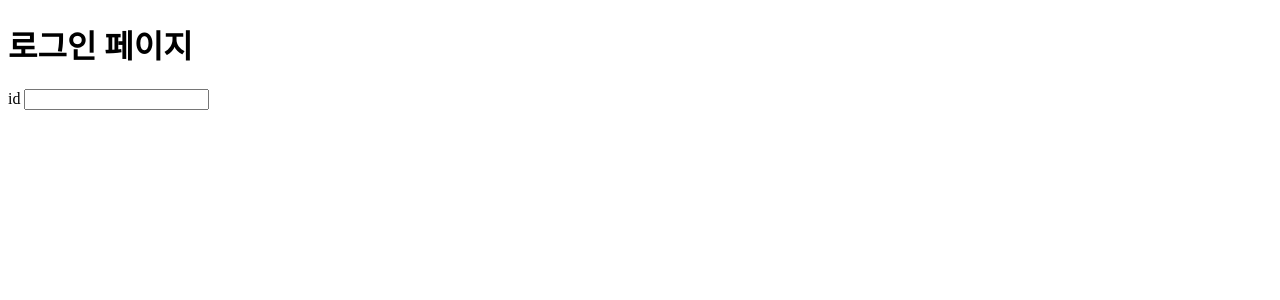
Repository: 2ket/workspace2
Page: http://localhost/web13/login.jsp
An editor plug-in stored every save of this project. The page is shown before and after the next save, followed by the edit.
The browser window is 1280 px wide. The pictures show the whole page.
The page is served by Tomcat 9.

Above is the page before, as saved 2019-06-07 10:16:21.

### web13/WebContent/login.jsp
<%@ page language="java" contentType="text/html; charset=UTF-8"
    pageEncoding="UTF-8"%>
<!DOCTYPE html>
<html>
<head>
<meta http-equiv="Content-Type" content="text/html; charset=UTF-8">
<title>Insert title here</title>
</head>
<body>
	<h1>로그인 페이지</h1>
	<form action="result.jsp">
		<div>
			<label for="id">id</label>
			<input type="text" name="id" id="id"/>
		</div>
	</form>
</body>
</html>

After the next save:
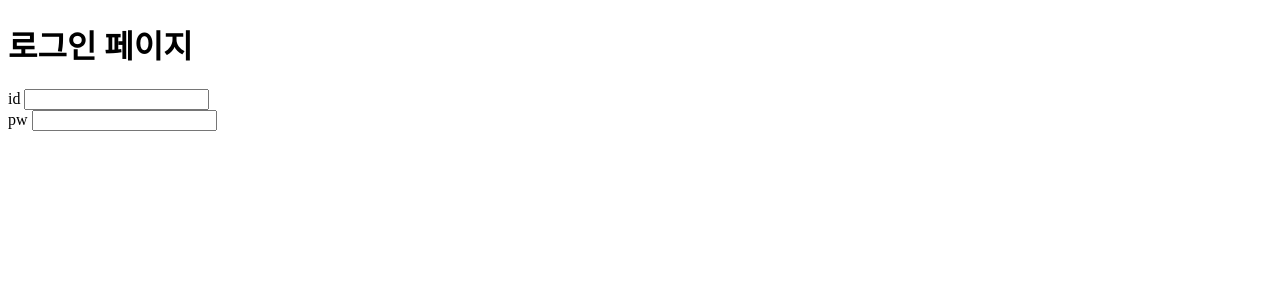
Saved 24 s later.
--- a/web13/WebContent/login.jsp
+++ b/web13/WebContent/login.jsp
@@ -13,6 +13,10 @@
 			<label for="id">id</label>
 			<input type="text" name="id" id="id"/>
 		</div>
+		<div>
+			<label for="pw">pw</label>
+			<input type="password" name="pw" id="pw"/>
+		</div>
 	</form>
 </body>
 </html>
